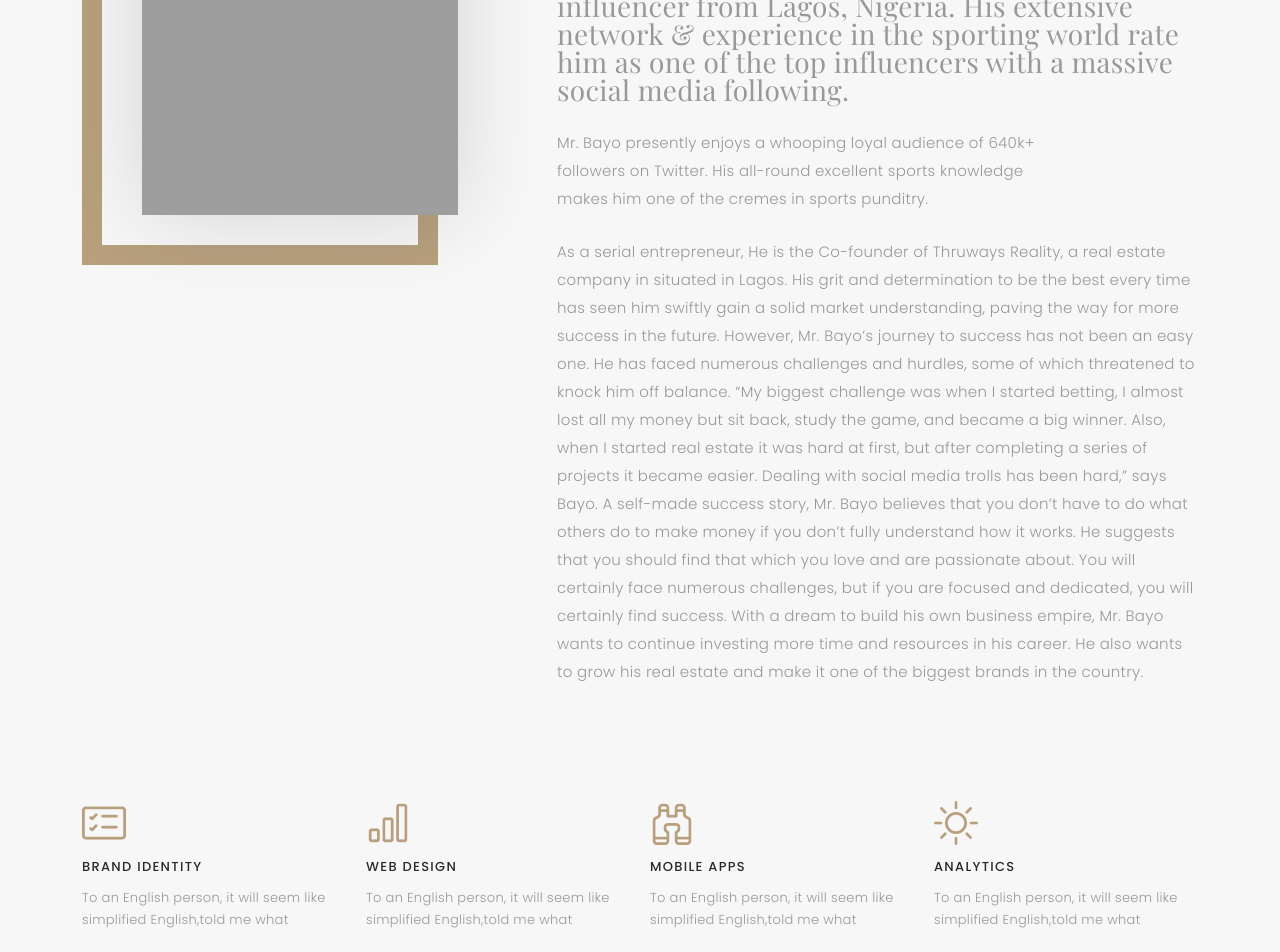
Repository: muhammedctgr/MrBayoA1
Page: index.html
An editor plug-in stored every save of this project. The page is shown before and after a run of saves, followed by the edit.
The browser window is 1280 px wide. The pictures show the part of the page from y = 985 to 1937 px (the page is 4414 px tall).
Pictures or frames that could not be fetched are drawn as grey boxes. Some web fonts or font styles are not loaded; a fallback is used.

Above is the page before, as saved 2022-10-17 23:01:22.

After the next 3 saves:
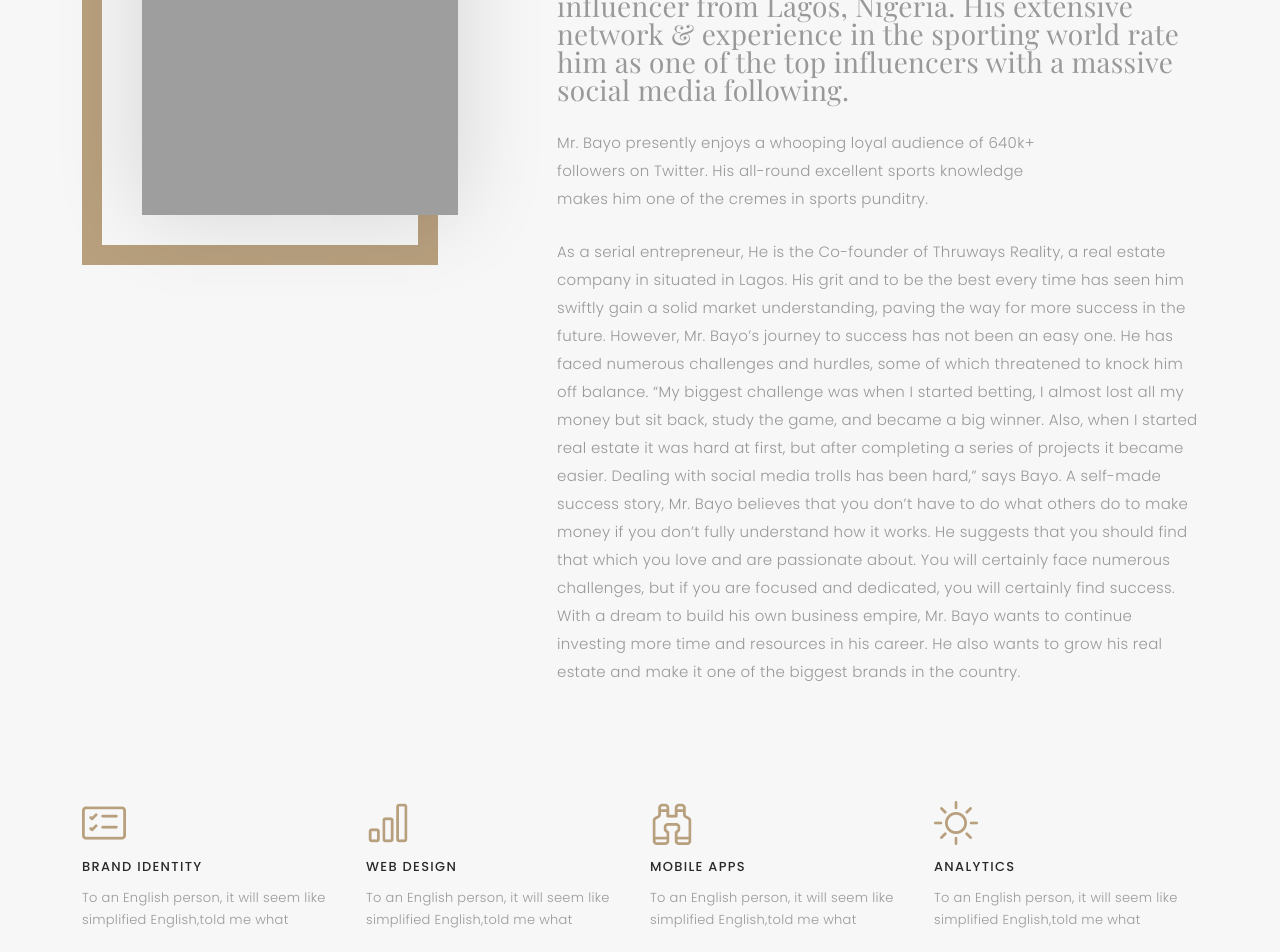
The 3 saves are shown as one change because they came seconds apart.
The last was saved 15 s later.
--- a/index.html
+++ b/index.html
@@ -114,7 +114,7 @@
                 His all-round excellent sports knowledge makes him one of the cremes in sports punditry.
               </p>
               <p>
-                As a serial entrepreneur, He is the Co-founder of Thruways Reality, a real estate company in situated in Lagos. His grit and determination to be the best every time has seen
+                As a serial entrepreneur, He is the Co-founder of Thruways Reality, a real estate company in situated in Lagos. His grit and to be the best every time has seen
                 him swiftly gain a solid market understanding, paving the way for more success in the future.
                 However, Mr. Bayo’s journey to success has not been an easy one. He has faced numerous challenges and hurdles, some of which threatened to knock him off balance.
                 “My biggest challenge was when I started betting, I almost lost all my money but sit back, study the game, and became a big winner. Also, when I started real estate
